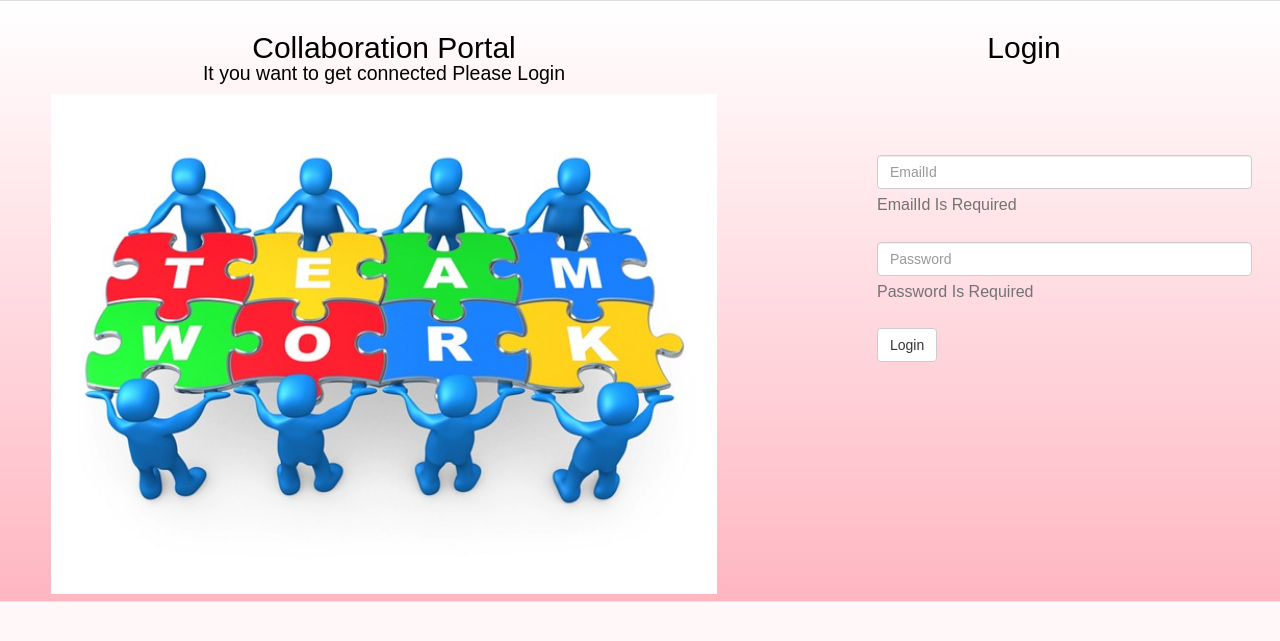
Repository: KaustubhKamat/CollaborationPlatform
Page: CollaborationFrontEnd/WebContent/c_user/login.html
These files come from the project's save history. The page is drawn as it stood at one moment and after a run of saves; the edit follows.
The browser window is 1280 px wide. The pictures show the whole page.
Some web libraries are served in a nearby version.

Above is the page before, as saved 2017-03-09 14:25:10.

After the next 2 saves:
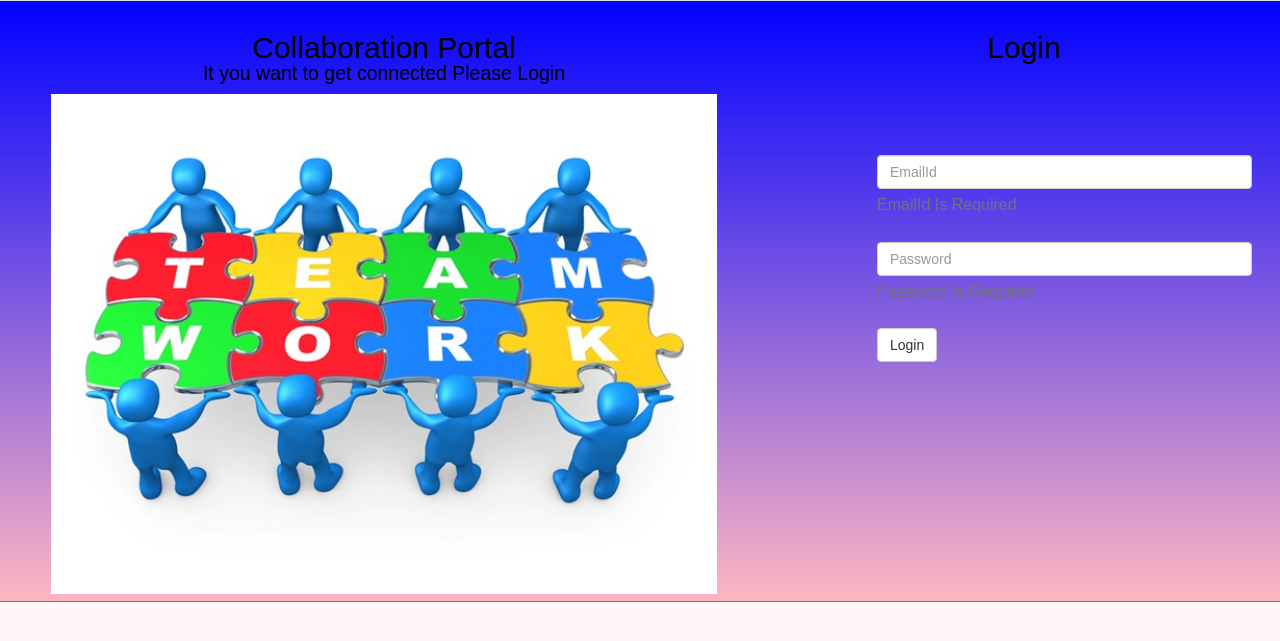
The 2 saves are shown as one change because they came seconds apart.
The last was saved 6 s later.
--- a/CollaborationFrontEnd/WebContent/c_user/login.html
+++ b/CollaborationFrontEnd/WebContent/c_user/login.html
@@ -57,7 +57,7 @@
 
 
 
-<table class="table" style=" background: linear-gradient(white, lightpink);">
+<table class="table" style=" background: linear-gradient(blue, lightpink);">
 <tr>
 <td width="60%" valign="top" style="padding-top: 10px">
 <center> <h2 style="color:black;">Collaboration Portal <br><small style="color:black;">It you want to get connected Please Login</small> </h2></center>

After the save that followed:
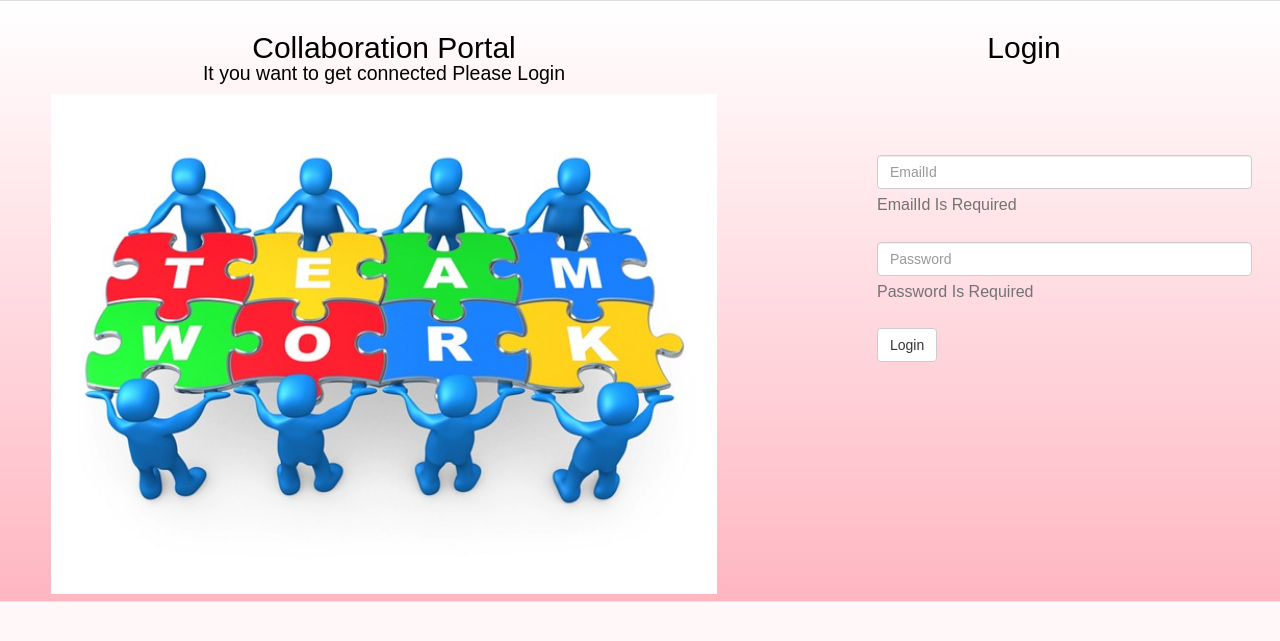
Saved 13 s later.
--- a/CollaborationFrontEnd/WebContent/c_user/login.html
+++ b/CollaborationFrontEnd/WebContent/c_user/login.html
@@ -57,7 +57,7 @@
 
 
 
-<table class="table" style=" background: linear-gradient(blue, lightpink);">
+<table class="table" style=" background: linear-gradient(white, lightpink);">
 <tr>
 <td width="60%" valign="top" style="padding-top: 10px">
 <center> <h2 style="color:black;">Collaboration Portal <br><small style="color:black;">It you want to get connected Please Login</small> </h2></center>
